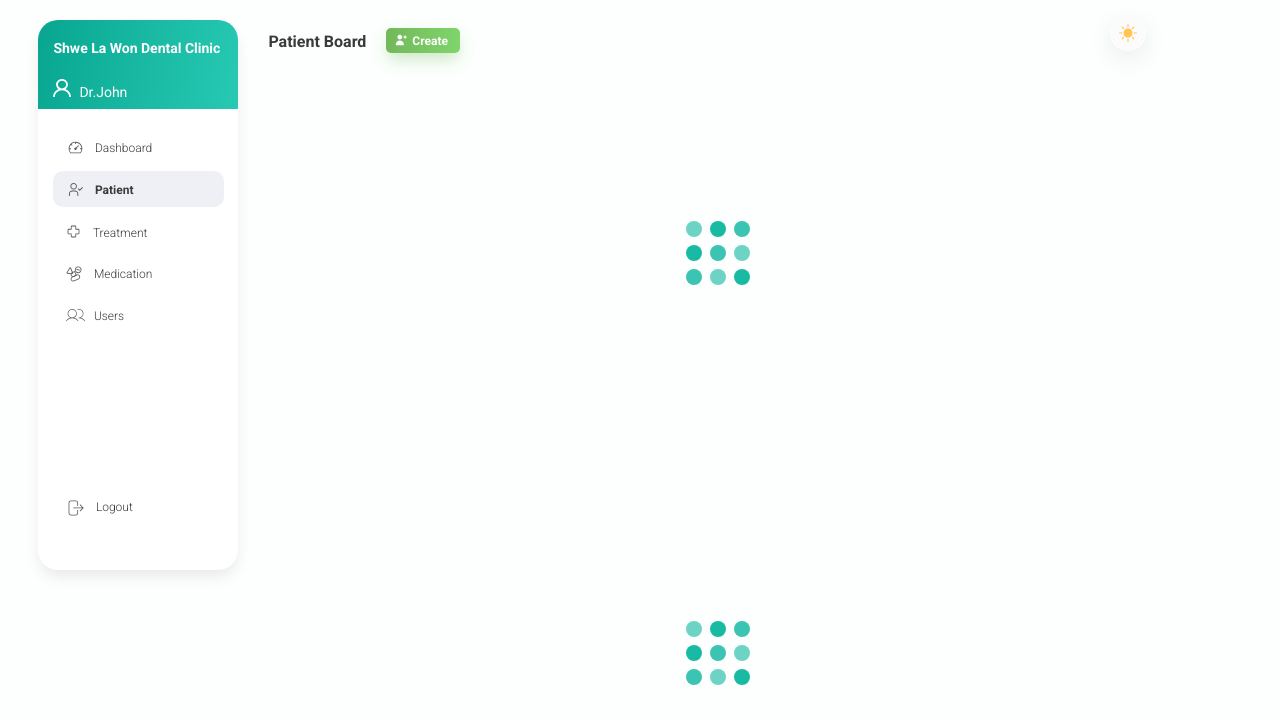
Repository: mrkaskar/frontendpatientrecord_typescript
Page: /patient
These files come from the project's save history. The page is drawn as it stood at one moment and after the next save; the edit follows.
The browser window is 1280 px wide. The pictures show the whole page.
The page's requests for data from a server got no answer. An inner scrolling area shows only its first screen. The project was rebuilt for these pictures with package versions that can differ from the ones it lists, and the page was loaded fresh each time. No one was signed in, and anything a server would have sent is missing. Also part of the build but not shown: src/components/checkbox/styles/index.css, src/components/checkbox/main.tsx, src/components/dropdown/styles/index.css, src/components/dropdown/main.tsx, src/components/iconbutton/styles/index.css, src/components/iconbutton/main.tsx, src/components/table/styles/index.css, src/components/table/main.tsx and 36 more.

Above is the page before, as saved 2021-12-26 21:28:07.

After the next save:
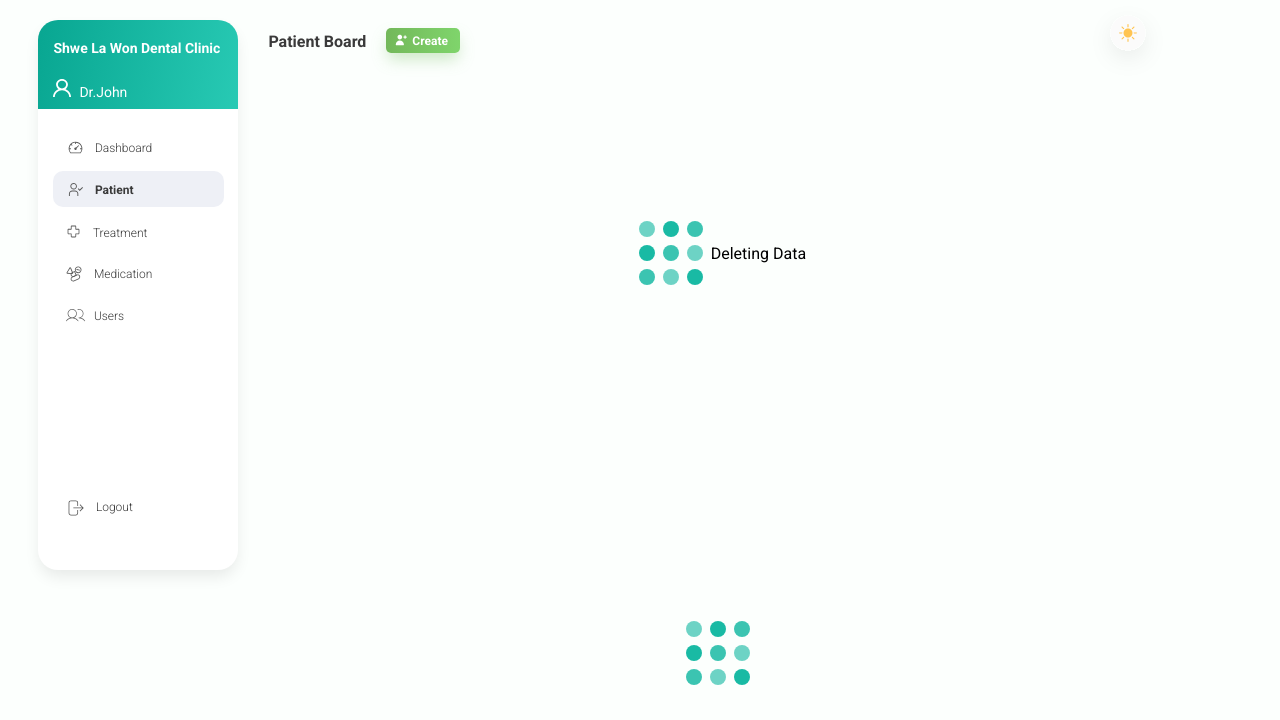
Saved 9 s later.
--- a/src/modules/patient/components/PatientTable.tsx
+++ b/src/modules/patient/components/PatientTable.tsx
@@ -145,6 +145,7 @@
               }}
             >
               <Loader />
+              Deleting Data
             </div>
           )
           : null

After the save that followed:
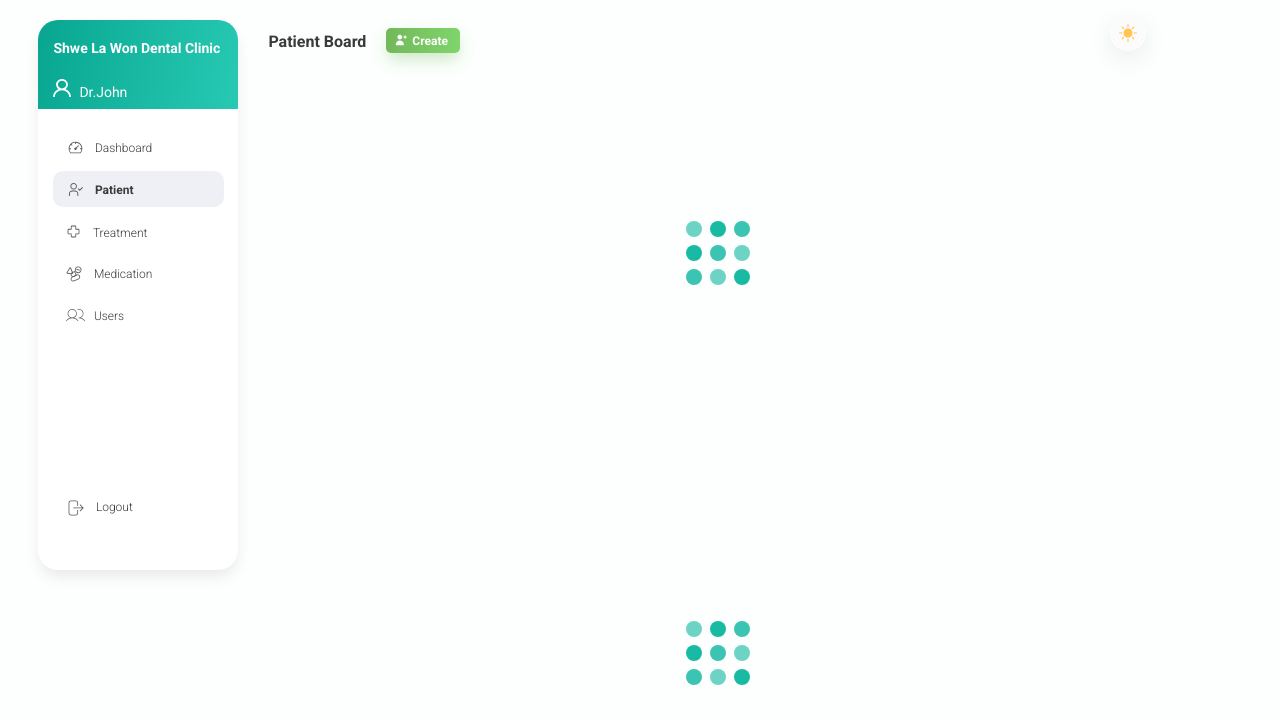
Saved 34 s later.
--- a/src/modules/patient/components/PatientTable.tsx
+++ b/src/modules/patient/components/PatientTable.tsx
@@ -145,7 +145,6 @@
               }}
             >
               <Loader />
-              Deleting Data
             </div>
           )
           : null
